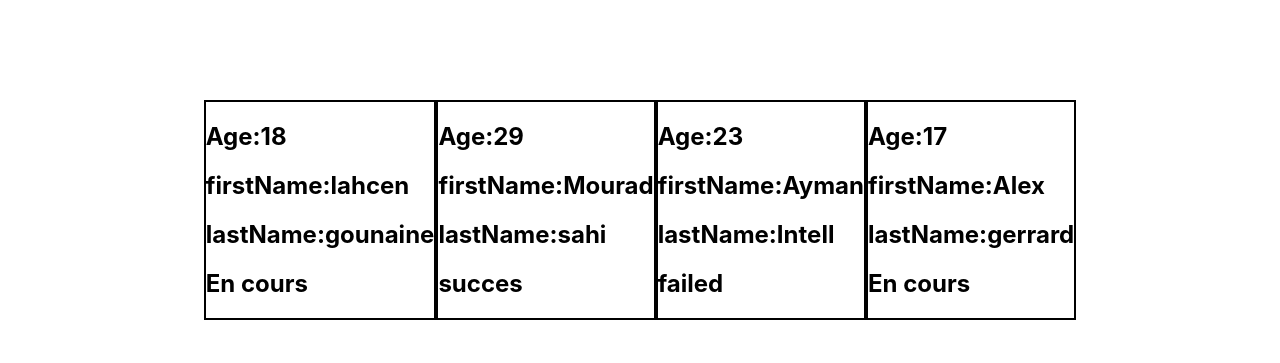
Repository: gounaine/Add_candidat
Page: /
An editor plug-in stored every save of this project. The page is shown before and after the next save, followed by the edit.
The browser window is 1280 px wide. The pictures show the whole page.
The project was rebuilt for these pictures with package versions that can differ from the ones it lists, and the page was loaded fresh each time.

Above is the page before, as saved 2024-05-26 19:44:14.

After the next save:
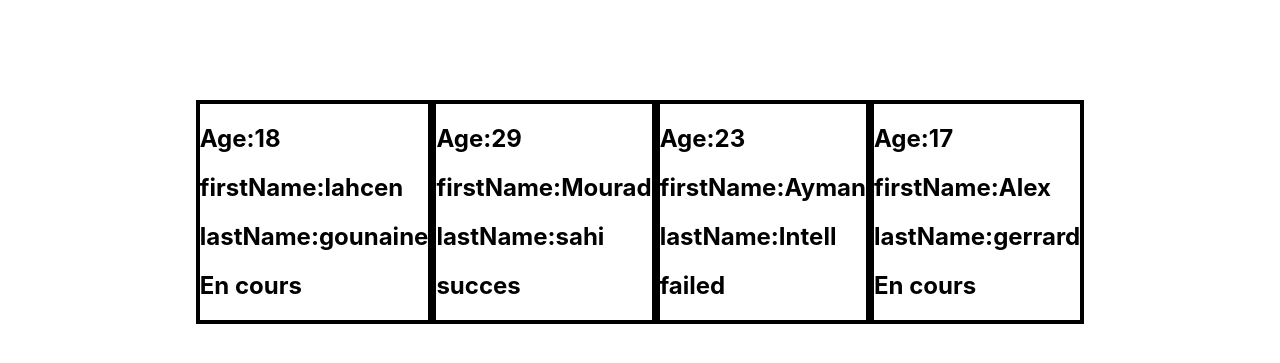
Saved 18 s later.
--- a/src/App.css
+++ b/src/App.css
@@ -38,10 +38,10 @@
 }
 
 .Card{
-  border: 2px solid black;
+  border: 4px solid black;
 }
 .card>h2{
-  font-size: 10px;
+  font-size: 1px;
   font-family: monospace;
 
 }
